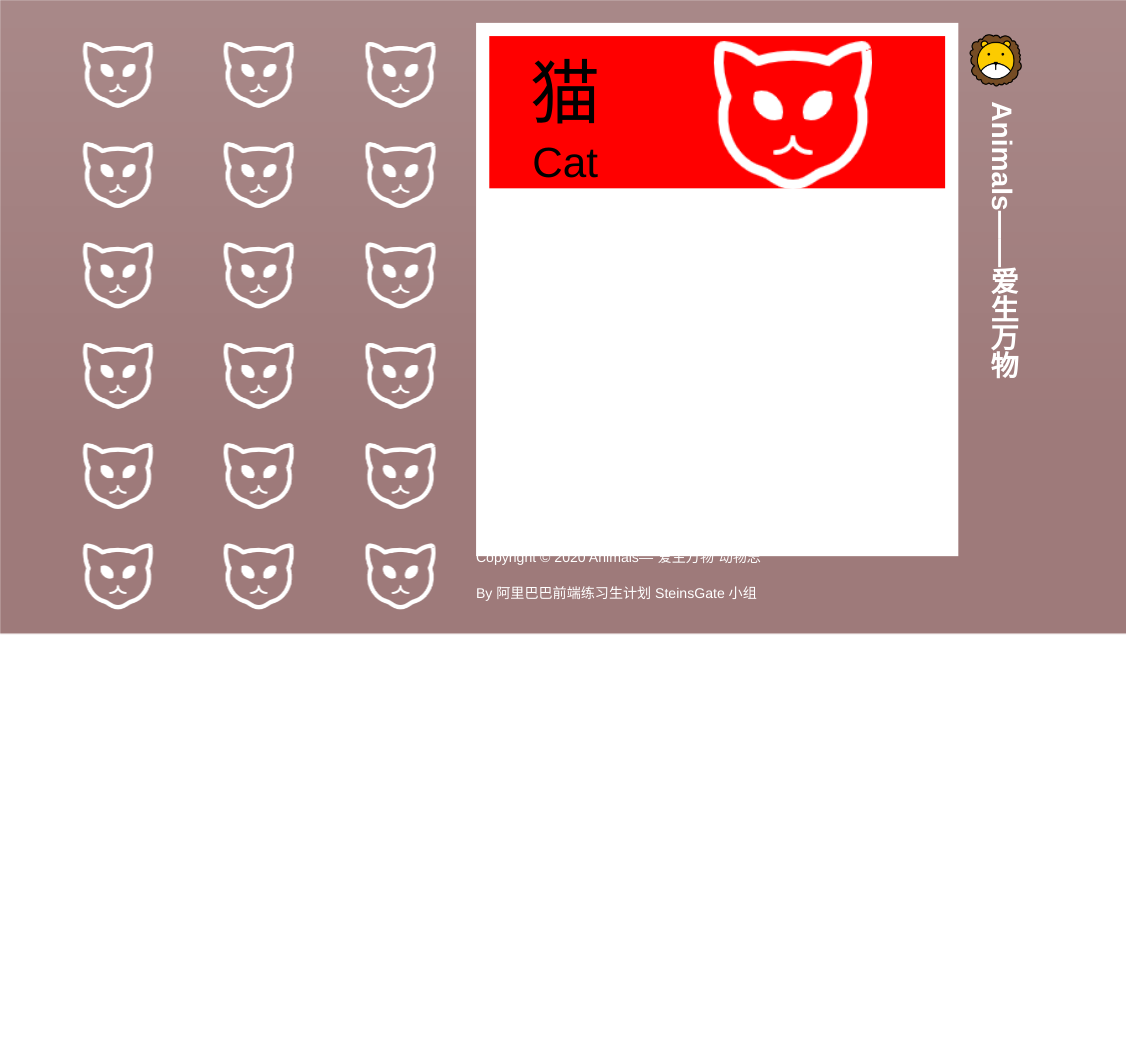
Repository: Whiskeyi/Animals
Page: /
The author's editor kept a copy of each file at every save. The page is drawn from the files as they stood at one save, then again after the next save.
The browser window is 1280 px wide. The pictures show the whole page, at 88% of full size.
The project was rebuilt for these pictures with package versions that can differ from the ones it lists, and the page was loaded fresh each time.

Above is the page before, as saved 2021-11-15 23:59:38.

### public/index.html
<!DOCTYPE html>
<html lang="en">
  <head>
    <meta charset="utf-8">
    <meta http-equiv="X-UA-Compatible" content="IE=edge">
    <meta name="viewport" content="width=device-width,initial-scale=1.0">
    <link rel="icon" href="<%= BASE_URL %>favicon.ico">
    <title>Animals</title>
  </head>
  <body>
    <noscript>
      <strong>We're sorry but animals doesn't work properly without JavaScript enabled. Please enable it to continue.</strong>
    </noscript>
    <div id="app"></div>
    <!-- built files will be auto injected -->
  </body>
</html>

### src/main.js
import Vue from 'vue'
import App from './App.vue'
import router from './router'
import store from './store'
import './plugins/element.js' // 引入element-ui

Vue.config.productionTip = false

new Vue({
  router,
  store,
  render: h => h(App)
}).$mount('#app')

### src/App.vue
<template>
  <div id="app">
    <!-- 入口 -->
    <router-view/>
  </div>
</template>

<style lang="scss">
#app {
  font-family: 'Avenir', Helvetica, Arial, sans-serif;
  -webkit-font-smoothing: antialiased;
  -moz-osx-font-smoothing: grayscale;
}

html, body {  // 去除白边
    width: 100%;
    height: 100%;
    margin: 0;
    padding: 0;
    position: relative;
}

</style>

### src/router.js
// 路由
import Vue from 'vue'
import Router from 'vue-router'
import Home from './views/Home.vue'

Vue.use(Router)

export default new Router({
  mode: 'history',
  base: process.env.BASE_URL,
  routes: [
    {
      path: '/',
      name: 'home',
      component: Home
    }
  ]
})

### src/plugins/element.js
// 引入element-ui
import Vue from 'vue'

import ElementUI from 'element-ui';
import 'element-ui/lib/theme-chalk/index.css';

Vue.use(ElementUI);

### src/views/Home.vue
<template>
  <div class="home">
    <!-- 背景+光泽效果 -->
    <div class="bg">
      <Gloss></Gloss>
    </div>
    <!-- 页面容器 -->
    <div class="container">
      <!-- 左侧展示模块 -->
      <div id="leftContainer">
        <LeftMain></LeftMain>
      </div>
      <!-- 右侧展示模块 -->
      <div id="rightContainer">
        <!-- 输出信息 -->
          <Info></Info>
          <!-- 右侧标题 -->
          <RightHead></RightHead>
          <!-- 尾部 -->
          <Footer></Footer>
      </div>
    </div>
  </div>
</template>

<script>
// @ is an alias to /src
// 组件引入
import Gloss from '@/components/Gloss'
import Footer from '@/components/Footer'
import Info from '@/components/Info'
import RightHead from '@/components/right-head'
import LeftMain from '@/components/left-main'

export default {
  name: 'home',
  components: {
    Gloss,Footer,Info,RightHead,LeftMain
  }
}
</script>

<style lang="scss" scoped>
.home {
  // 滚动条样式修改（待定）
}
.bg {
  height: 100%;
  width: 100%;
  background-color:rgb(158, 122, 122);
  position: fixed;
  transition: background-color 2s ease-in; // 背景颜色2S过渡
  filter: blur(0.5px); // 背景高斯模糊
  // z-index: -9; //暂时注释,影响调试
}
#leftContainer {
  position: absolute;
  left: 10%;
  width: 30%;
  height: 100%;
  margin: 0 auto;
}
#rightContainer {
  position: fixed;
  right: 10%;
  width: 50%;
  height: 100%;
  margin: 0 auto;
}
@media screen and (max-width: 1440px) { // 屏幕小于1440px样式
  #leftContainer {
  position: absolute;
  left: 5%;
  width: 36%;
  height: 100%;
  margin: 0 auto;
}
#rightContainer {
  position: fixed;
  right: 5%;
  width: 54%;
  height: 100%;
  margin: 0 auto;
}
}
</style>

### src/components/Gloss/index.vue
<template>
<!-- 实现光泽效果,丰富背景颜色 -->
<div id="gloss"></div>
</template>

<script>
export default {

}
</script>

<style lang="scss" scoped>
#gloss {
    position: fixed;
    width: 100%;
    height: 478px;
    background: url('../../assets/gloss.png') repeat-x;
    // z-index: -8;  //暂时注释,影响调试
}
</style>

### src/components/Footer/index.vue
<template>
  <div class="footerContainer">
      <p>Copyright © 2020 Animals—“爱生万物”动物志</p>
      <p>By 阿里巴巴前端练习生计划 SteinsGate 小组</p>
  </div>
</template>

<script>
export default {

}
</script>

<style lang="scss" scoped>
.footerContainer {
    position: fixed;
    bottom: 0;
    font-size: 1rem;
    color:#fff;
    margin:0 0 20px 16px;
}
</style>

### src/components/Info/index.vue
<template>
  <div class="infoContainer">
    <Introduce></Introduce>
    <HabbitVoice></HabbitVoice>
    <IntroduceBottom></IntroduceBottom>
  </div>
</template>

<script>
import Introduce from './Introduce'
import HabbitVoice from './habbit-voice'
import IntroduceBottom from './introduce-bottom'
export default {
  name: 'Info',
  components: {
    Introduce, HabbitVoice, IntroduceBottom
  }
}
</script>

<style lang="scss" scoped>
.infoContainer {
    float: left;
    z-index: 10000;
    width: 82%;
    height: 80%;
    margin: 26px 0 0 16px;
    padding: 15px 15px;
    background-color: #fff;
}
.infoContainer logo {
    position: absolute;
}
@media screen and (max-width: 1440px) { // 屏幕小于1440px样式
  .infoContainer {
    float: left;
    z-index: 10000;
    width: 75%;
    height: 80%;
    margin: 26px 0 0 16px;
    background-color: #fff;
}
}
</style>

### src/components/right-head/index.vue
<template>
  <div class="rightHeadContainer">
      <el-image class="logo" alt="logo" :src="require('@/icons/index.png')"></el-image>
      <h1 class="vertical">Animals——爱生万物</h1>
  </div>
</template>

<script>
export default {

}
</script>

<style lang="scss" scoped>
.rightHeadContainer {
    float: left;
    height: 400px;
    width: 100px;
    margin: 26px 0 0 16px;
}
.vertical {
    writing-mode: vertical-lr;
    padding-left: 5px;
    color: #fff;
}
@media screen and (max-width: 1440px) { // 屏幕小于1440px样式
    .rightHeadContainer {
        float: left;
        height: 400px;
        width:85px;
        margin: 26px 0 0 0;
    }
    .vertical {
        writing-mode: vertical-lr;
        padding-right: 0;
        color: #fff;
    }
}
</style>

### src/components/left-main/index.vue
<template>
  <div class="leftContainer">
    <el-row :gutter="20" type="flex" justify="center">
      <el-col :span="8">
        <el-image class="logo" alt="logo" :src="require('@/icons//animals/cat.png')"></el-image>
      </el-col>
      <el-col :span="8">
        <el-image class="logo" alt="logo" :src="require('@/icons//animals/cat.png')"></el-image>
      </el-col>
      <el-col :span="8">
        <el-image class="logo" alt="logo" :src="require('@/icons//animals/cat.png')"></el-image>
      </el-col>
    </el-row>
    <el-row :gutter="20" type="flex" justify="center">
      <el-col :span="8">
        <el-image class="logo" alt="logo" :src="require('@/icons//animals/cat.png')"></el-image>
      </el-col>
      <el-col :span="8">
        <el-image class="logo" alt="logo" :src="require('@/icons//animals/cat.png')"></el-image>
      </el-col>
      <el-col :span="8">
        <el-image class="logo" alt="logo" :src="require('@/icons//animals/cat.png')"></el-image>
      </el-col>
    </el-row>
    <el-row :gutter="20" type="flex" justify="center">
      <el-col :span="8">
        <el-image class="logo" alt="logo" :src="require('@/icons//animals/cat.png')"></el-image>
      </el-col>
      <el-col :span="8">
        <el-image class="logo" alt="logo" :src="require('@/icons//animals/cat.png')"></el-image>
      </el-col>
      <el-col :span="8">
        <el-image class="logo" alt="logo" :src="require('@/icons//animals/cat.png')"></el-image>
      </el-col>
    </el-row>
    <el-row :gutter="20" type="flex" justify="center">
      <el-col :span="8">
        <el-image class="logo" alt="logo" :src="require('@/icons//animals/cat.png')"></el-image>
      </el-col>
      <el-col :span="8">
        <el-image class="logo" alt="logo" :src="require('@/icons//animals/cat.png')"></el-image>
      </el-col>
      <el-col :span="8">
        <el-image class="logo" alt="logo" :src="require('@/icons//animals/cat.png')"></el-image>
      </el-col>
    </el-row>
    <el-row :gutter="20" type="flex" justify="center">
      <el-col :span="8">
        <el-image class="logo" alt="logo" :src="require('@/icons//animals/cat.png')"></el-image>
      </el-col>
      <el-col :span="8">
        <el-image class="logo" alt="logo" :src="require('@/icons//animals/cat.png')"></el-image>
      </el-col>
      <el-col :span="8">
        <el-image class="logo" alt="logo" :src="require('@/icons//animals/cat.png')"></el-image>
      </el-col>
    </el-row>
    <el-row :gutter="20" type="flex" justify="center">
      <el-col :span="8">
        <el-image class="logo" alt="logo" :src="require('@/icons//animals/cat.png')"></el-image>
      </el-col>
      <el-col :span="8">
        <el-image class="logo" alt="logo" :src="require('@/icons//animals/cat.png')"></el-image>
      </el-col>
      <el-col :span="8">
        <el-image class="logo" alt="logo" :src="require('@/icons//animals/cat.png')"></el-image>
      </el-col>
    </el-row>
    <el-row :gutter="20" type="flex" justify="center">
      <el-col :span="8">
        <el-image class="logo" alt="logo" :src="require('@/icons//animals/cat.png')"></el-image>
      </el-col>
      <el-col :span="8">
        <el-image class="logo" alt="logo" :src="require('@/icons//animals/cat.png')"></el-image>
      </el-col>
      <el-col :span="8">
        <el-image class="logo" alt="logo" :src="require('@/icons//animals/cat.png')"></el-image>
      </el-col>
    </el-row>
    <el-row :gutter="20" type="flex" justify="center">
      <el-col :span="8">
        <el-image class="logo" alt="logo" :src="require('@/icons//animals/cat.png')"></el-image>
      </el-col>
      <el-col :span="8">
        <el-image class="logo" alt="logo" :src="require('@/icons//animals/cat.png')"></el-image>
      </el-col>
      <el-col :span="8">
        <el-image class="logo" alt="logo" :src="require('@/icons//animals/cat.png')"></el-image>
      </el-col>
    </el-row>
    <el-row :gutter="20" type="flex" justify="center">
      <el-col :span="8">
        <el-image class="logo" alt="logo" :src="require('@/icons//animals/cat.png')"></el-image>
      </el-col>
      <el-col :span="8">
        <el-image class="logo" alt="logo" :src="require('@/icons//animals/cat.png')"></el-image>
      </el-col>
      <el-col :span="8">
        <el-image class="logo" alt="logo" :src="require('@/icons//animals/cat.png')"></el-image>
      </el-col>
    </el-row>
    <el-row :gutter="20" type="flex" justify="center">
      <el-col :span="8">
        <el-image class="logo" alt="logo" :src="require('@/icons//animals/cat.png')"></el-image>
      </el-col>
      <el-col :span="8">
        <el-image class="logo" alt="logo" :src="require('@/icons//animals/cat.png')"></el-image>
      </el-col>
      <el-col :span="8">
        <el-image class="logo" alt="logo" :src="require('@/icons//animals/cat.png')"></el-image>
      </el-col>
    </el-row>
  </div>
</template>

<script>
export default {

}
</script>

<style lang="scss" scoped>
.leftContainer {
  padding: 30px 0;
  width: 100%;
  text-align: center;
}
.leftContainer .logo {
  width: 110px;
  height: 110px;
  padding: 20px 0;
}
 @media screen and (max-width: 1440px) { // 屏幕小于1440px样式
  .leftContainer .logo {
    height: 80px;
    width: 80px;
    padding: 15px 0;
  }
 }
</style>

### src/components/Info/Introduce/index.vue
<template>
  <div class="introduce">
      <el-row class="intContainer">
          <el-col :span="8">
              <div class="title">猫</div>
              <div class="subTitle">Cat</div>
          </el-col>
          <el-col :span="16">
            <el-image class="logo" alt="logo" :src="require('@/icons//animals/cat.png')"></el-image>
          </el-col>
      </el-row>
  </div>
</template>

<script>
export default {

}
</script>

<style lang="scss" scoped>
.introduce {
    background-color: red;
    height: 30%;
    width: 100%;
    text-align: center;
}
.logo {
    height: 180px;
    width: 180px;
}
.title {
    font-size: 80px;
}
.subTitle {
    font-size: 48px;
}
</style>

### src/components/Info/habbit-voice/index.vue
<template>

</template>

<script>
export default {

}
</script>

<style lang="scss" scoped>

</style>

### src/components/Info/introduce-bottom/index.vue
<template>
</template>

<script>
export default {

}
</script>

<style lang="scss" scoped>

</style>

Loaded but not shown: src/store.js (common file)

After the next save:
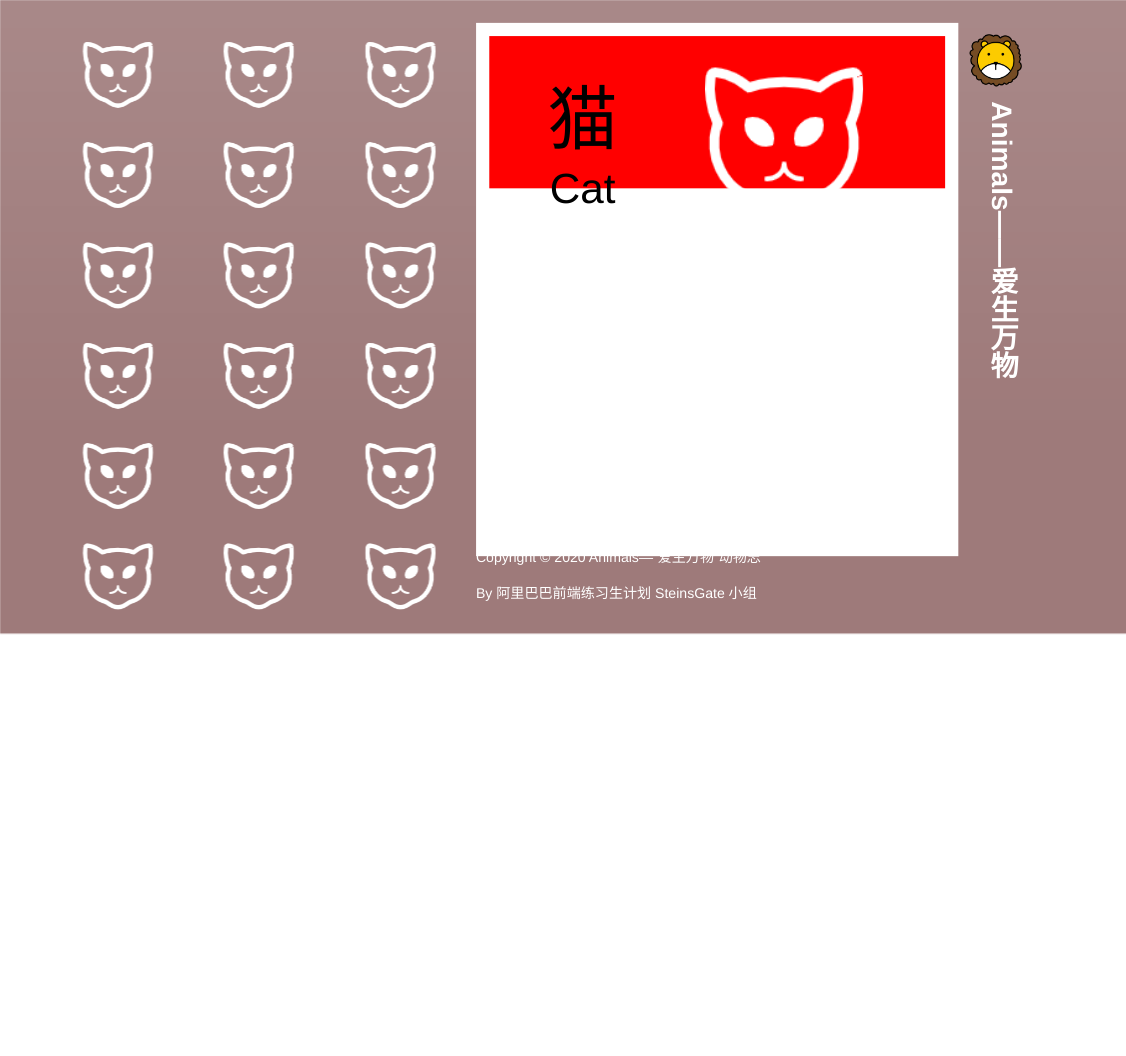
Saved 13 s later.
--- a/src/components/Info/Introduce/index.vue
+++ b/src/components/Info/Introduce/index.vue
@@ -25,6 +25,9 @@
     width: 100%;
     text-align: center;
 }
+.intContainer {
+    padding: 30px;
+}
 .logo {
     height: 180px;
     width: 180px;

After the save that followed:
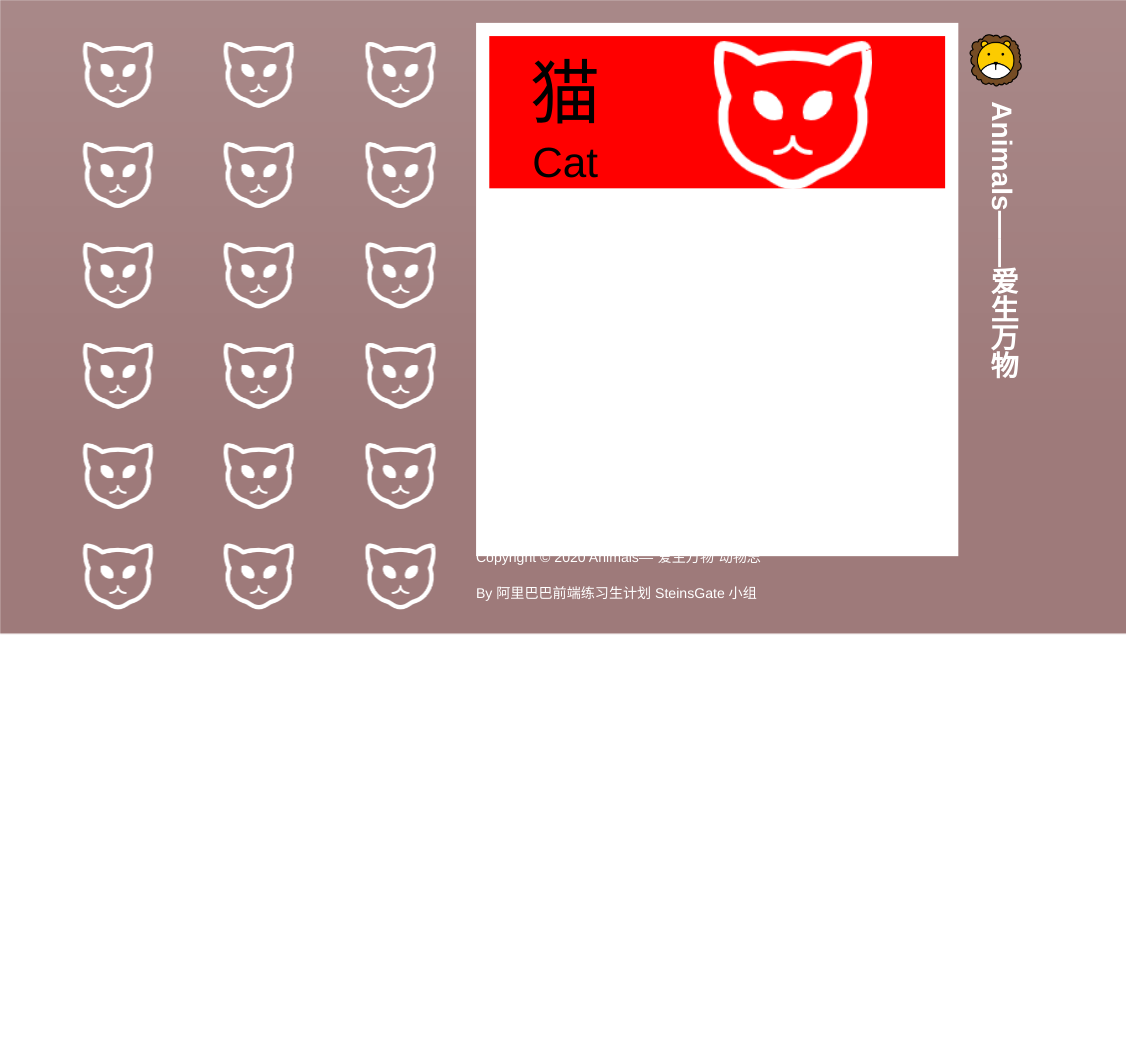
Saved 4 s later.
--- a/src/components/Info/Introduce/index.vue
+++ b/src/components/Info/Introduce/index.vue
@@ -26,7 +26,7 @@
     text-align: center;
 }
 .intContainer {
-    padding: 30px;
+    padding: 30px,0;
 }
 .logo {
     height: 180px;
